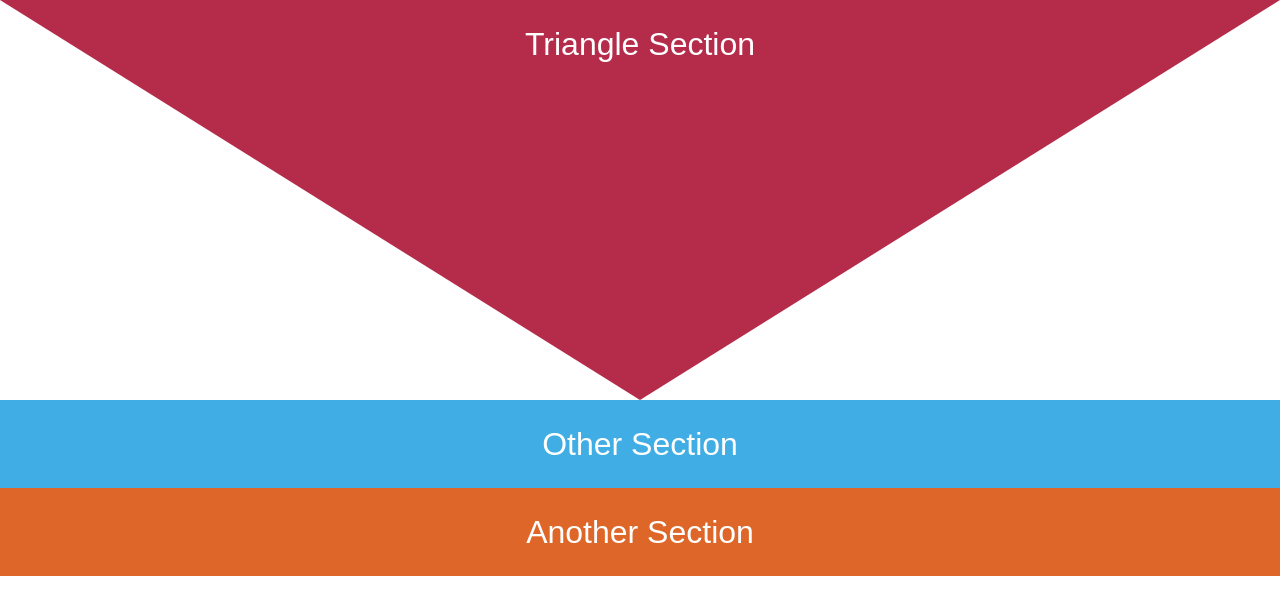
Repository: FrontendProjectsNL/mijn-portfolio-project
Page: /test-skewed-triangle
These files come from the project's save history. The page is drawn as it stood at one moment and after the next save; the edit follows.
The browser window is 1280 px wide. The pictures show the whole page.
The project was rebuilt for these pictures with package versions that can differ from the ones it lists, and the page was loaded fresh each time. The framework's server and built-in components were replaced by stand-ins that run in the browser. Also part of the build but not shown: next.config.mjs.

Above is the page before, as saved 2024-10-23 00:29:02.

After the next save:
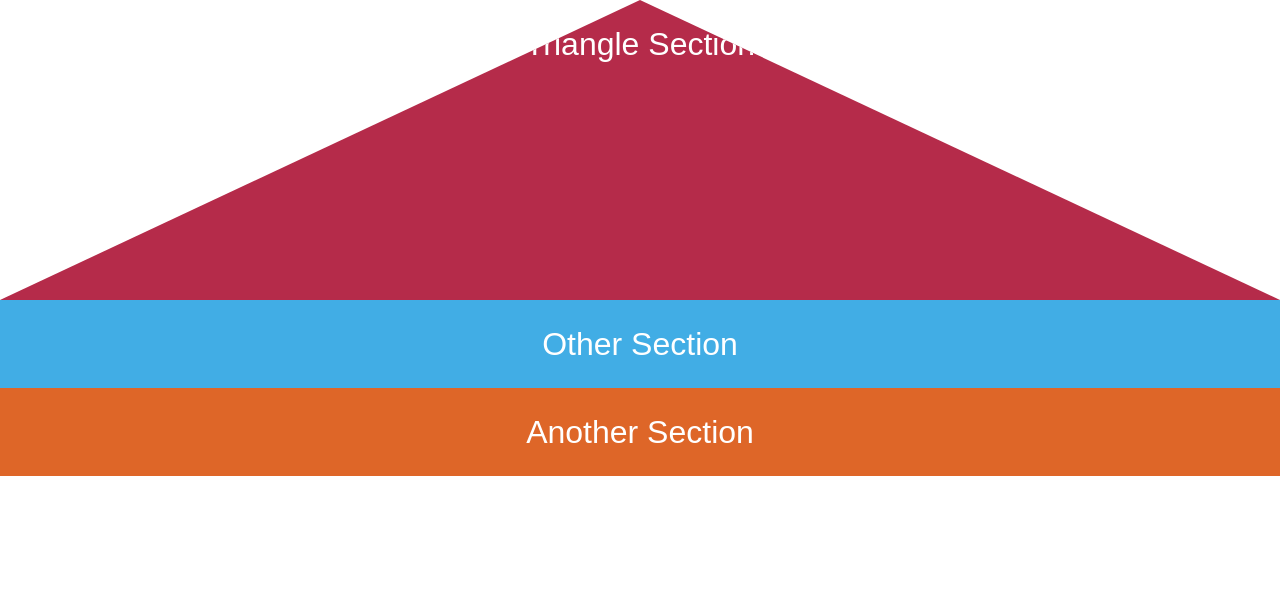
Saved 11 s later.
--- a/app/test-skewed-triangle/skewed-triangle.css
+++ b/app/test-skewed-triangle/skewed-triangle.css
@@ -3,11 +3,11 @@
   z-index: 1;
   background: inherit;
   clip-path: polygon(
-    50% 100%,
-    0 0,
-    100% 0
-  ); /* Creates the inverted triangle shape */
-  height: 400px; /* Adjust height based on your design */
+    50% 0%,
+    0% 100%,
+    100% 100%
+  ); /* Creates the triangle shape */
+  height: 300px; /* Adjust height based on your design */
 }
 
 /* Background Colors */
